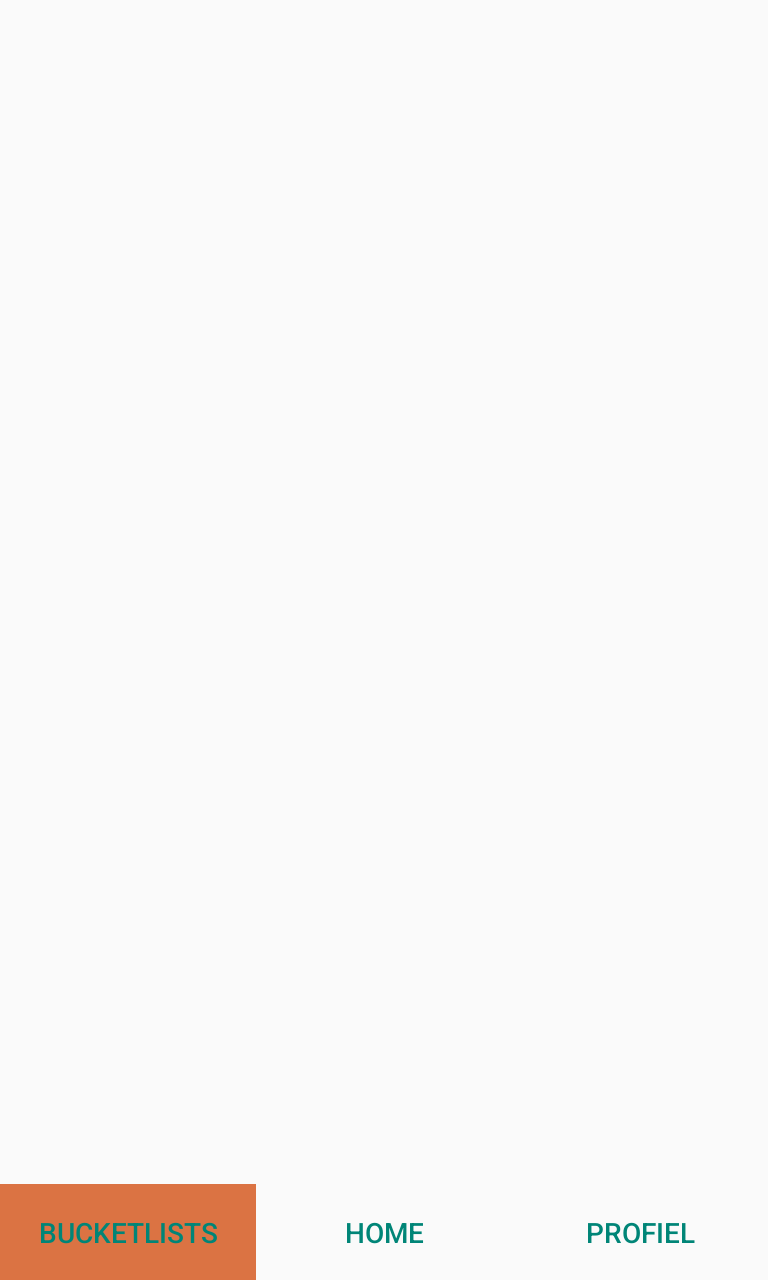
Repository: MarcSelles/BeatYourBucketAndroid
Layout: The_app/BeatYourBucket/res/layout/activity_primairy_buttons.xml
These files come from the project's save history. The layout is drawn as it stood at one moment and after the next save; the edit follows.
It is drawn on a 768 x 1280 px phone screen (xhdpi) without system bars, with theme AppTheme; the app's code is not run.

Above is the layout before, as saved 2015-01-27 10:44:53.

### The_app/BeatYourBucket/res/layout/activity_primairy_buttons.xml
<?xml version="1.0" encoding="utf-8"?>
<RelativeLayout xmlns:android="http://schemas.android.com/apk/res/android"
    android:id="@android:id/content"
    android:layout_width="fill_parent"
    android:layout_height="fill_parent" >

    <LinearLayout
        android:id="@android:id/tabcontent"
        android:layout_width="match_parent"
        android:layout_height="wrap_content"
        android:layout_above="@+id/tab_under"
        android:layout_alignParentTop="true"
        android:orientation="vertical" >
    </LinearLayout>

    <LinearLayout
        android:id="@+id/tab_under"
        android:layout_width="fill_parent"
        android:layout_height="wrap_content"
        android:layout_alignParentBottom="true"
        android:layout_gravity="bottom"
        android:gravity="center|bottom"
        android:orientation="horizontal" >

        <Button
            android:id="@+id/bucketlists"
            style="?android:attr/buttonBarButtonStyle"
            android:layout_width="0dp"
            android:layout_weight="0.33"
            android:layout_height="wrap_content"
            android:layout_gravity="center_horizontal|center"
            android:onClick="makeTabs"
            android:text="Bucketlists"
            android:background="#DB7343" />

        <Button
            android:id="@+id/newsfeed"
            style="?android:attr/buttonBarButtonStyle"
            android:layout_width="0dp"
            android:layout_weight="0.33"
            android:layout_height="wrap_content"
            android:layout_gravity="center_horizontal|center"
            android:onClick="makeTabs"
            android:text="Home"
            android:lineSpacingExtra="0sp" />

        <Button
            android:id="@+id/profile"
            style="?android:attr/buttonBarButtonStyle"
            android:layout_width="0dp"
            android:layout_weight="0.33"
            android:layout_height="wrap_content"
            android:layout_gravity="center_horizontal|center"
            android:onClick="makeTabs"
            android:text="Profiel" />
    </LinearLayout>

</RelativeLayout>

Loaded but not shown: The_app/BeatYourBucket/res/values/styles.xml (common file); The_app/BeatYourBucket/res/values-v11/styles.xml (common file); The_app/BeatYourBucket/res/values-v14/styles.xml (common file)

After the next save:
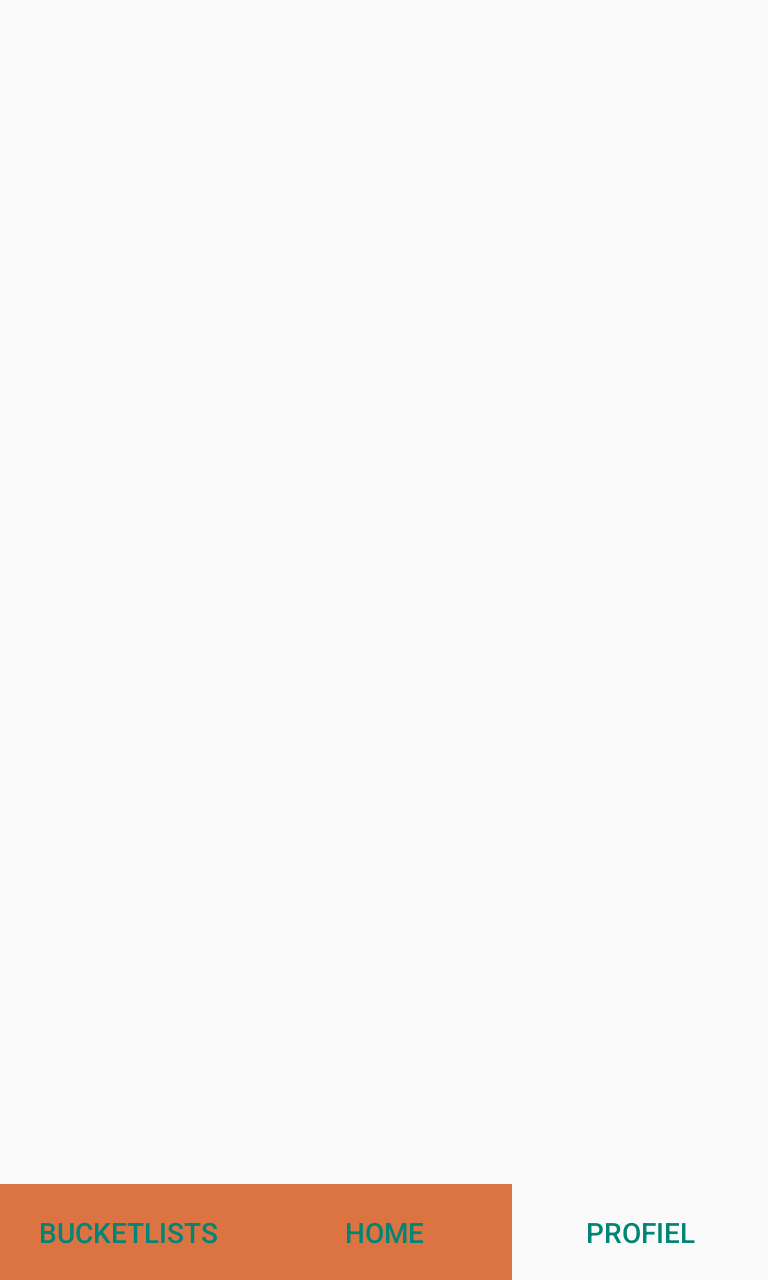
Saved 5 s later.
--- a/The_app/BeatYourBucket/res/layout/activity_primairy_buttons.xml
+++ b/The_app/BeatYourBucket/res/layout/activity_primairy_buttons.xml
@@ -42,7 +42,7 @@
             android:layout_gravity="center_horizontal|center"
             android:onClick="makeTabs"
             android:text="Home"
-            android:lineSpacingExtra="0sp" />
+            android:background="#DB7343" />
 
         <Button
             android:id="@+id/profile"
